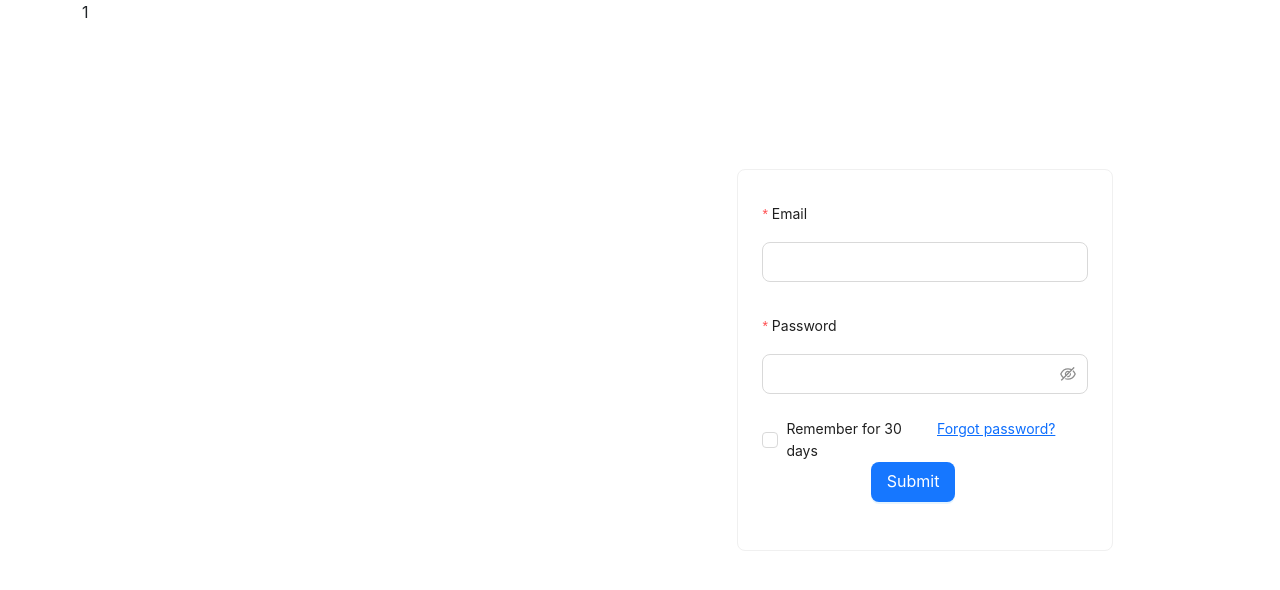
Repository: di-huynh-dev/kanban-inventory-management
Page: /
The author's editor kept a copy of each file at every save. The page is drawn from the files as they stood at one save, then again after the next save.
The browser window is 1280 px wide. The pictures show the whole page.
The project was rebuilt for these pictures with package versions that can differ from the ones it lists, and the page was loaded fresh each time. Also part of the build but not shown: src/App.css, src/pages/auth/SignUp.tsx, src/routers/MainRouter.tsx.

Above is the page before, as saved 2024-09-07 12:00:49.

### public/index.html
<!DOCTYPE html>
<html lang="en">
  <head>
    <meta charset="utf-8" />
    <link rel="icon" href="%PUBLIC_URL%/favicon.ico" />
    <meta name="viewport" content="width=device-width, initial-scale=1" />
    <meta name="theme-color" content="#000000" />
    <meta
      name="description"
      content="Web site created using create-react-app"
    />
    <link rel="apple-touch-icon" href="%PUBLIC_URL%/logo192.png" />
    <link
      rel="stylesheet"
      href="https://cdn.jsdelivr.net/npm/bootstrap@5.3.2/dist/css/bootstrap.min.css"
      integrity="sha384-T3c6CoIi6uLrA9TneNEoa7RxnatzjcDSCmG1MXxSR1GAsXEV/Dwwykc2MPK8M2HN"
      crossorigin="anonymous"
    />
    <!--
      manifest.json provides metadata used when your web app is installed on a
      user's mobile device or desktop. See https://developers.google.com/web/fundamentals/web-app-manifest/
    -->
    <link rel="manifest" href="%PUBLIC_URL%/manifest.json" />
    <!--
      Notice the use of %PUBLIC_URL% in the tags above.
      It will be replaced with the URL of the `public` folder during the build.
      Only files inside the `public` folder can be referenced from the HTML.

      Unlike "/favicon.ico" or "favicon.ico", "%PUBLIC_URL%/favicon.ico" will
      work correctly both with client-side routing and a non-root public URL.
      Learn how to configure a non-root public URL by running `npm run build`.
    -->
    <title>React App</title>
  </head>
  <body>
    <noscript>You need to enable JavaScript to run this app.</noscript>
    <div id="root"></div>
    <!--
      This HTML file is a template.
      If you open it directly in the browser, you will see an empty page.

      You can add webfonts, meta tags, or analytics to this file.
      The build step will place the bundled scripts into the <body> tag.

      To begin the development, run `npm start` or `yarn start`.
      To create a production bundle, use `npm run build` or `yarn build`.
    -->
  </body>
</html>

### src/index.css
body {
  margin: 0;
  font-family: -apple-system, BlinkMacSystemFont, 'Segoe UI', 'Roboto', 'Oxygen', 'Ubuntu', 'Cantarell', 'Fira Sans',
    'Droid Sans', 'Helvetica Neue', sans-serif;
  -webkit-font-smoothing: antialiased;
  -moz-osx-font-smoothing: grayscale;
}

code {
  font-family: source-code-pro, Menlo, Monaco, Consolas, 'Courier New', monospace;
}

.content-center {
  height: 100vh;
  justify-content: center;
  align-items: center;
  display: flex;
}

### src/App.tsx
import './App.css'
import Routers from './routers/Routers'

function App() {
  return <Routers />
}

export default App

### src/routers/Routers.tsx
import AuthRouter from './AuthRouter'
import MainRouter from './MainRouter'

const Routers = () => {
  return 1 < 2 ? <AuthRouter></AuthRouter> : <MainRouter></MainRouter>
}

export default Routers

### src/routers/AuthRouter.tsx
import { createBrowserRouter, RouterProvider } from 'react-router-dom'
import { LoginPage, SignUpPage } from '../pages'

const authRouter = createBrowserRouter([
  {
    path: '/',
    element: <LoginPage></LoginPage>,
  },
  {
    path: '/sign-up',
    element: <SignUpPage></SignUpPage>,
  },
])
const AuthRouter = () => {
  return (
    <div className="container">
      <div className="row">
        <div className="col">1</div>
        <div className="col content-center">
          <RouterProvider router={authRouter} />
        </div>
      </div>
    </div>
  )
}

export default AuthRouter

### src/pages/index.ts
import LoginPage from './auth/Login'
import SignUpPage from './auth/SignUp'

export { LoginPage, SignUpPage }

### src/pages/auth/Login.tsx
import type { FormProps } from 'antd'
import { Button, Card, Checkbox, Form, Input } from 'antd'
import { useState } from 'react'
import { Link } from 'react-router-dom'

type FieldType = {
  email?: string
  password?: string
  remember?: string
}

const LoginPage = () => {
  const [isLoading, setIsLoading] = useState(false)
  const [isRemember, setIsRemember] = useState(false)

  const onFinish: FormProps<FieldType>['onFinish'] = (values) => {
    console.log('Success:', values)
  }

  const onFinishFailed: FormProps<FieldType>['onFinishFailed'] = (errorInfo) => {
    console.log('Failed:', errorInfo)
  }
  return (
    <>
      <Card>
        <Form
          layout="vertical"
          initialValues={{ remember: true }}
          onFinish={onFinish}
          onFinishFailed={onFinishFailed}
          disabled={isLoading}
          size="large"
        >
          <Form.Item<FieldType> label="Email" name="email" rules={[{ required: true, message: 'Enter your email' }]}>
            <Input />
          </Form.Item>

          <Form.Item<FieldType> label="Password" name="password" rules={[{ required: true, message: '**********' }]}>
            <Input.Password />
          </Form.Item>

          <div className="row">
            <div className="col">
              <Checkbox checked={isRemember} onChange={(val) => setIsRemember(val.target.checked)}>
                Remember for 30 days
              </Checkbox>
            </div>
            <div className="col text-right">
              <Link to={'/'}>Forgot password?</Link>
            </div>
          </div>

          <Form.Item wrapperCol={{ offset: 8, span: 16 }}>
            <Button type="primary" htmlType="submit">
              Submit
            </Button>
          </Form.Item>
        </Form>
      </Card>
    </>
  )
}

export default LoginPage

Loaded but not shown: src/index.tsx (common file); src/reportWebVitals.ts (common file)

After the next save:
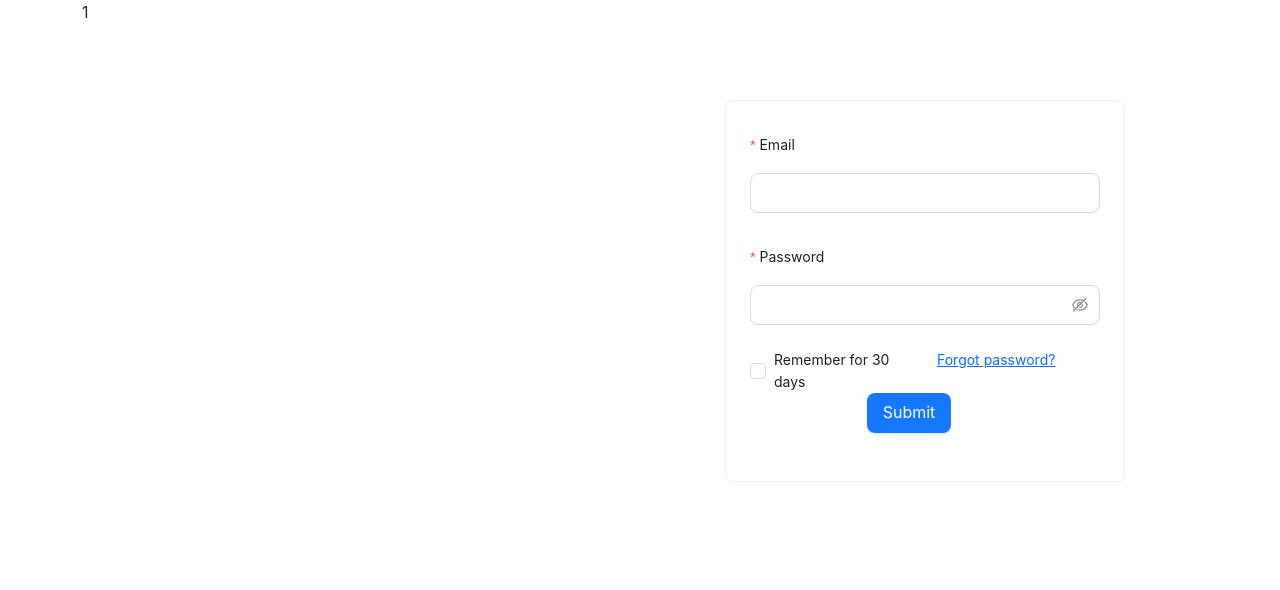
Saved 30 s later.
--- a/src/pages/auth/Login.tsx
+++ b/src/pages/auth/Login.tsx
@@ -22,7 +22,7 @@ const LoginPage = () => {
   }
   return (
     <>
-      <Card>
+      <Card style={{ width: 400, margin: 'auto', marginTop: 100 }}>
         <Form
           layout="vertical"
           initialValues={{ remember: true }}
